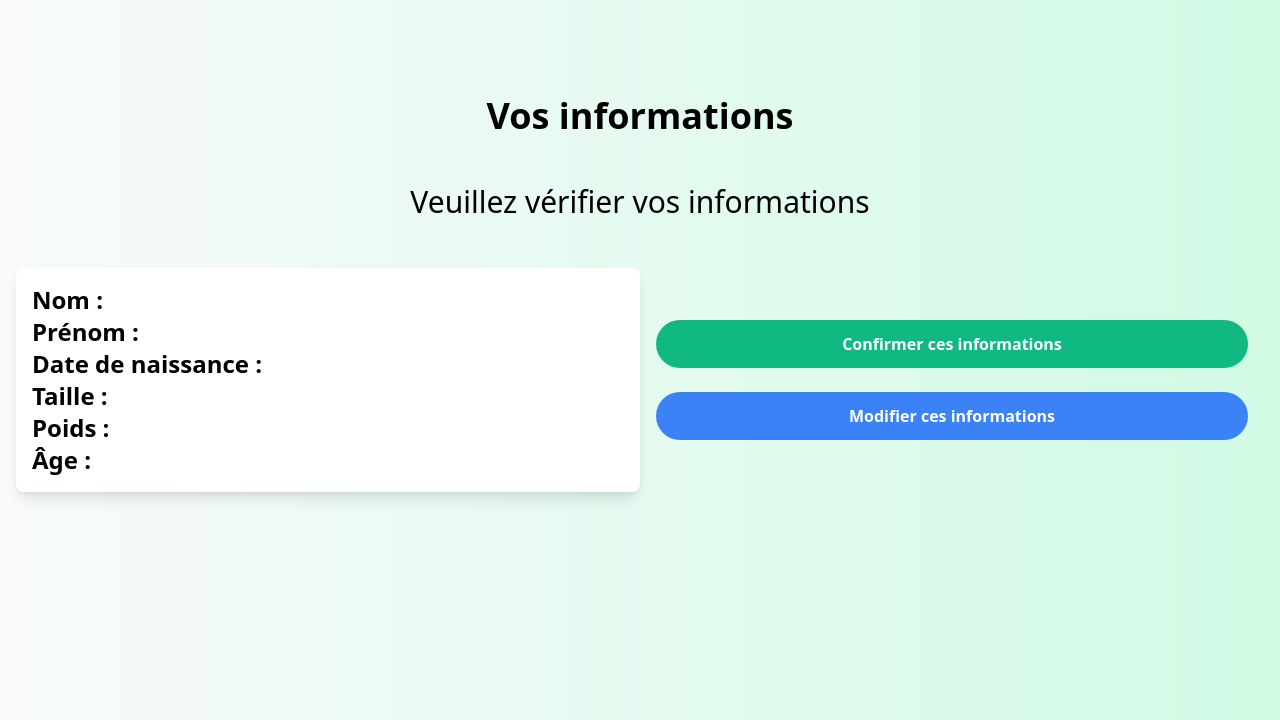
Repository: Ptitlu42/WorkShop2024-2025
Page: informations.html
These files come from the project's save history. The page is drawn as it stood at one moment and after the next save; the edit follows.
The browser window is 1280 px wide. The pictures show the whole page.

Above is the page before, as saved 2024-10-07 14:51:20.

After the next save:
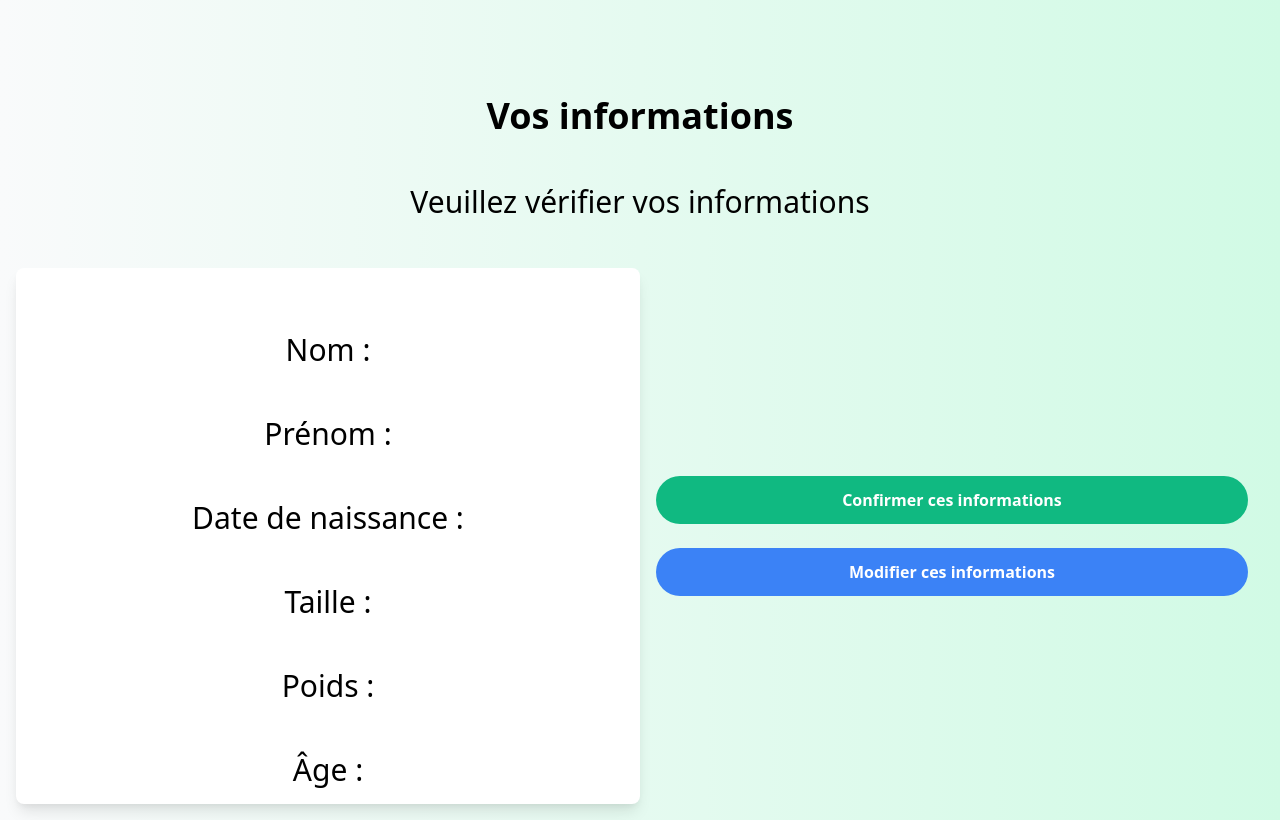
Saved 25 s later.
--- a/informations.html
+++ b/informations.html
@@ -13,12 +13,12 @@
       <p class="text-3xl text-center pt-12">Veuillez vérifier vos informations</p>
       <div class="flex flex-col sm:flex-row justify-center items-center mt-12">
         <div class="flex flex-col w-full sm:w-1/2 p-4 bg-white rounded-lg shadow-lg">
-          <p class="text-2xl font-bold">Nom : <span id="nom" class="text-2xl font-normal"></span></p>
-          <p class="text-2xl font-bold">Prénom : <span id="prenom" class="text-2xl font-normal"></span></p>
-          <p class="text-2xl font-bold">Date de naissance : <span id="dateNaissance" class="text-2xl font-normal"></span></p>
-          <p class="text-2xl font-bold">Taille : <span id="taille" class="text-2xl font-normal"></span></p>
-          <p class="text-2xl font-bold">Poids : <span id="poids" class="text-2xl font-normal"></span></p>
-          <p class="text-2xl font-bold">Âge : <span id="age" class="text-2xl font-normal"></span></p>
+          <p class="text-3xl text-center pt-12">Nom : <span id="nom" class="text-2xl font-normal"></span></p>
+          <p class="text-3xl text-center pt-12">Prénom : <span id="prenom" class="text-2xl font-normal"></span></p>
+          <p class="text-3xl text-center pt-12">Date de naissance : <span id="dateNaissance" class="text-2xl font-normal"></span></p>
+          <p class="text-3xl text-center pt-12">Taille : <span id="taille" class="text-2xl font-normal"></span></p>
+          <p class="text-3xl text-center pt-12">Poids : <span id="poids" class="text-2xl font-normal"></span></p>
+          <p class="text-3xl text-center pt-12">Âge : <span id="age" class="text-2xl font-normal"></span></p>
         </div>
         <div class="flex flex-col w-full sm:w-1/2 p-4">
           <button class="bg-green-500 hover:bg-green-700 text-white font-bold py-3 px-6 rounded-full" id="confirmer">Confirmer ces informations</button>

After the save that followed:
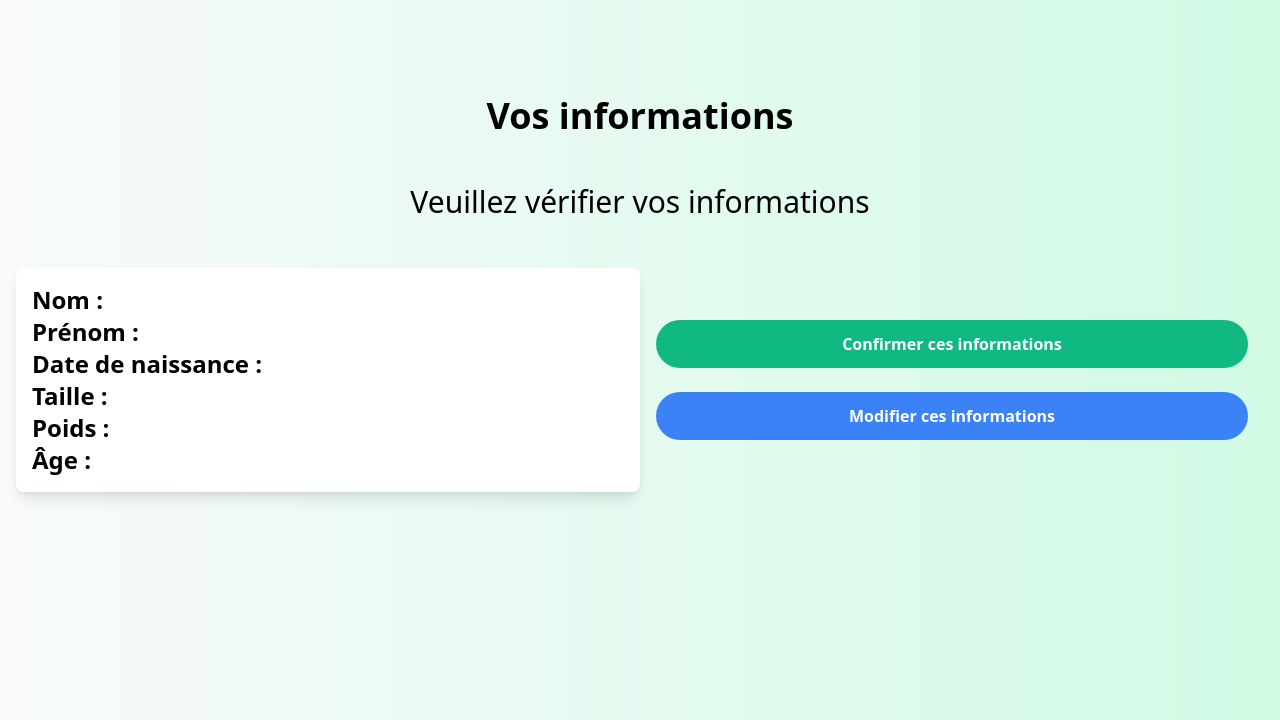
Saved 14 s later.
--- a/informations.html
+++ b/informations.html
@@ -13,12 +13,12 @@
       <p class="text-3xl text-center pt-12">Veuillez vérifier vos informations</p>
       <div class="flex flex-col sm:flex-row justify-center items-center mt-12">
         <div class="flex flex-col w-full sm:w-1/2 p-4 bg-white rounded-lg shadow-lg">
-          <p class="text-3xl text-center pt-12">Nom : <span id="nom" class="text-2xl font-normal"></span></p>
-          <p class="text-3xl text-center pt-12">Prénom : <span id="prenom" class="text-2xl font-normal"></span></p>
-          <p class="text-3xl text-center pt-12">Date de naissance : <span id="dateNaissance" class="text-2xl font-normal"></span></p>
-          <p class="text-3xl text-center pt-12">Taille : <span id="taille" class="text-2xl font-normal"></span></p>
-          <p class="text-3xl text-center pt-12">Poids : <span id="poids" class="text-2xl font-normal"></span></p>
-          <p class="text-3xl text-center pt-12">Âge : <span id="age" class="text-2xl font-normal"></span></p>
+          <p class="text-2xl font-bold">Nom : <span id="nom" class="text-2xl font-normal"></span></p>
+          <p class="text-2xl font-bold">Prénom : <span id="prenom" class="text-2xl font-normal"></span></p>
+          <p class="text-2xl font-bold">Date de naissance : <span id="dateNaissance" class="text-2xl font-normal"></span></p>
+          <p class="text-2xl font-bold">Taille : <span id="taille" class="text-2xl font-normal"></span></p>
+          <p class="text-2xl font-bold">Poids : <span id="poids" class="text-2xl font-normal"></span></p>
+          <p class="text-2xl font-bold">Âge : <span id="age" class="text-2xl font-normal"></span></p>
         </div>
         <div class="flex flex-col w-full sm:w-1/2 p-4">
           <button class="bg-green-500 hover:bg-green-700 text-white font-bold py-3 px-6 rounded-full" id="confirmer">Confirmer ces informations</button>
